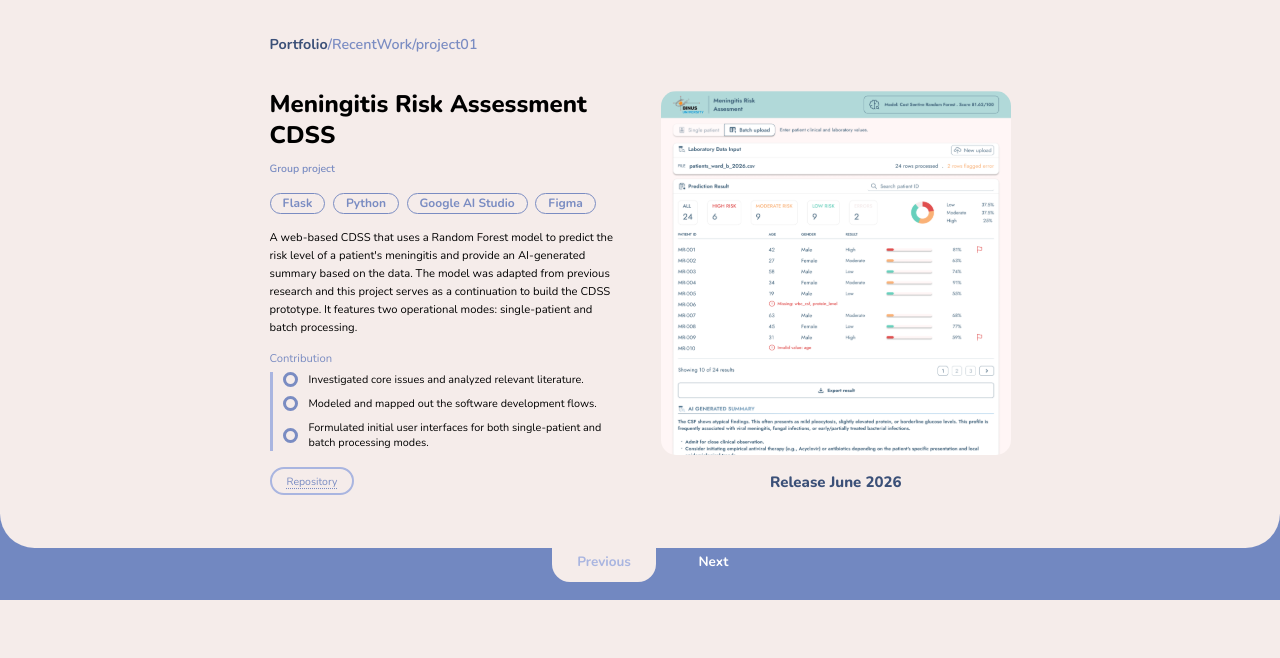
Repository: L-vy/L-vy
Page: /recentworks/project01
An editor plug-in stored every save of this project. The page is shown before and after the next save, followed by the edit.
The browser window is 1280 px wide. The pictures show the whole page.
Some web fonts or font styles are not loaded; a fallback is used. The project was rebuilt for these pictures with package versions that can differ from the ones it lists, and the page was loaded fresh each time. Also part of the build but not shown: vite.config.ts, src/components/Icon.tsx, src/data/site.ts, src/components/useGoTo.ts, src/components/Navbar.tsx, src/components/Hero.tsx, src/components/Reveal.tsx, src/components/Skills.tsx and 9 more.

Above is the page before, as saved 2026-10-07 19:48:54.

After the next save:
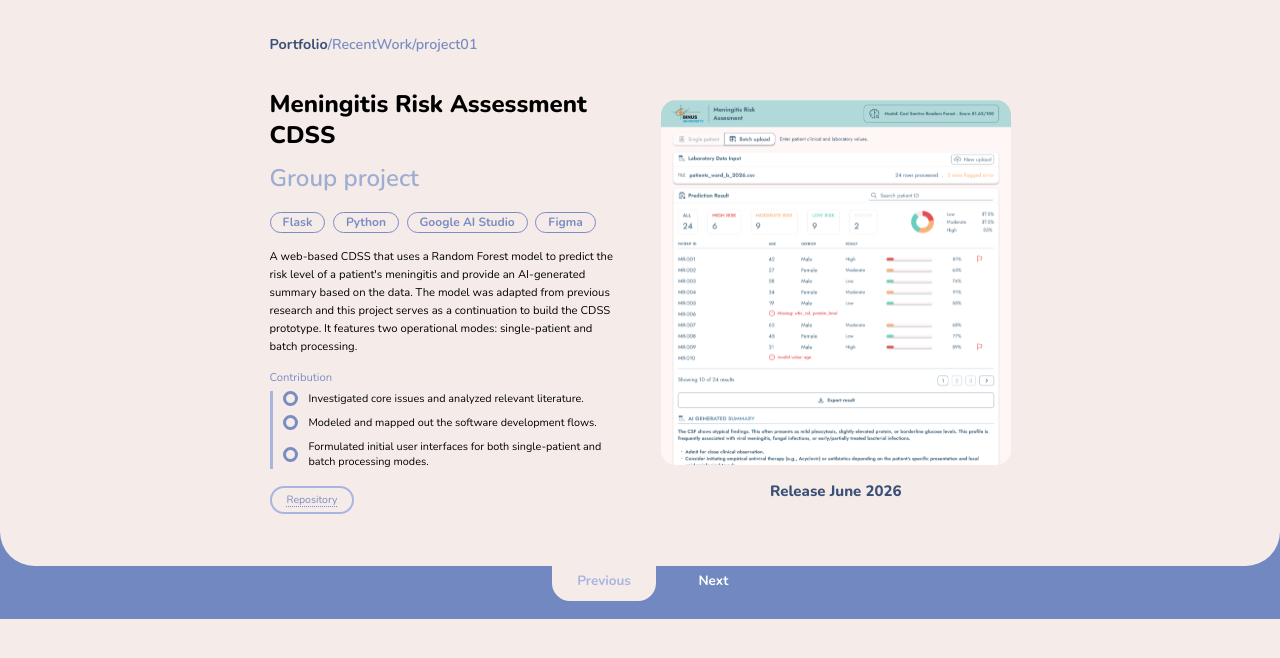
Saved 63 s later.
--- a/src/styles.css
+++ b/src/styles.css
@@ -135,7 +135,7 @@ h1{margin-top:0.25rem;font:400 2.5rem/1.35 'Playwrite US Modern','Nunito',cursiv
 .detail-grid{display:grid;grid-template-columns:1fr 1fr;gap:3.5rem;align-items:center;margin-top:2.875rem}
 .detail-title{margin:0;font:800 2rem/1.3 'Nunito',sans-serif}
 .detail .pills{margin-top:1.375rem}
-.meta{margin-top:0.875rem;font-size:0.875rem;font-weight:600;color:var(--peri)}
+.meta{margin-top:0.875rem;font-size:2rem;font-weight:600;color:var(--bar)}
 .contrib{margin:1.125rem 0 0.5rem;font:400 0.9375rem 'Playwrite US Modern','Nunito',cursive;color:var(--peri)}
 .contrib-list{border-left:3px solid var(--light);padding-left:0.875rem;display:grid;gap:0.75rem;font-size:0.90625rem}
 .contrib-list li{display:flex;gap:0.875rem;align-items:center}
